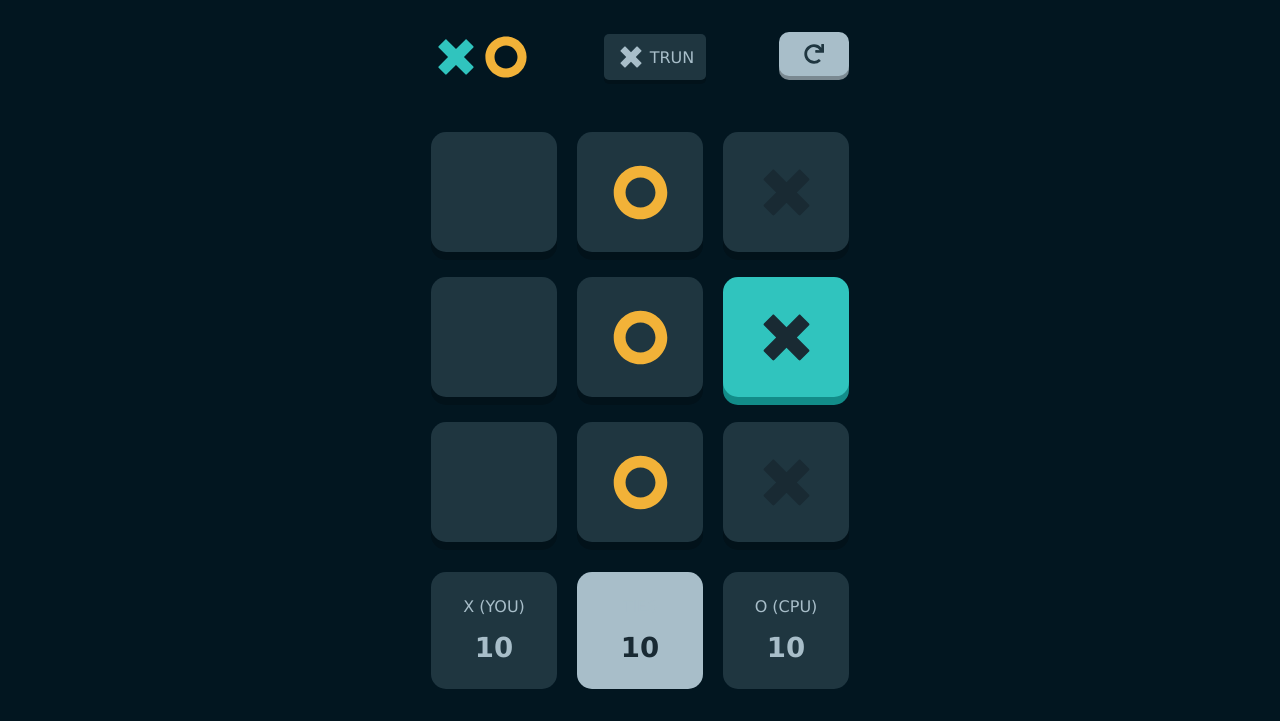
Repository: SD-Mdouka/XO_GAME
Page: /
These files come from the project's save history. The page is drawn as it stood at one moment and after the next save; the edit follows.
The browser window is 1280 px wide. The pictures show the whole page.
The project was rebuilt for these pictures with package versions that can differ from the ones it lists, and the page was loaded fresh each time. Also part of the build but not shown: src/component/start/Start.js.

Above is the page before, as saved 2022-08-29 16:56:51.

### src/index.css
* {
    padding: 0;
    margin: 0;
    box-sizing: border-box;
}

:root {
    --color-bg-dark: #192a33;
    --color-bg-light: #1f3640;
    --color-gray: #a8bec9;
    --color-gray-dark: #7a8991;
    --color-yellow: #f2b238;
    --color-yellow-dark: #cd8d16;
    --color-blue: #30c4be;
    --color-blue-dark: #128c89;
    --shadow-y: 6px;
}

html {
    font-family: "Lucida Sans", "Lucida Sans Regular", "Lucida Grande", "Lucida Sans Unicode", Geneva, Verdana, sans-serif;
    text-transform: uppercase;
    font-size: 16px;
}

body {
    background-color: var(--color-bg-dark);
    color: var(--color-gray);
}

.App {
    background-color: #021620;
    min-height: 100vh;
    display: flex;
    align-items: center;
    justify-content: center;
}

.container {
    max-width: 450px;
    width: 100%;
    margin-inline: auto;
    padding: 2rem 1rem;
}


/*utilites*/

.card {
    padding: 25px;
    display: flex;
    flex-direction: column;
    gap: 25px;
    border-radius: 15px;
    background-color: var(--color-bg-light);
    -webkit-border-radius: 15px;
    -moz-border-radius: 15px;
    -ms-border-radius: 15px;
    -o-border-radius: 15px;
    text-align: center;
}

.text-lg {
    font-size: 1.25rem;
}

.text-xl {
    font-size: 1.5rem;
}

.text-2xl {
    font-size: 1.725rem;
}

.text-light {
    color: var(--color-gray);
}

.text-blue {
    color: var(--color-blue);
}

.text-yellow {
    color: var(--color-yellow);
}

.bg-light {
    background-color: var(--color-gray);
    color: var(--color-bg-dark);
}

.btn {
    background-color: var(--color-gray);
    border: none;
    font-size: 1.125rem;
    font-weight: bold;
    padding: 12px 25px;
    text-transform: uppercase;
    cursor: pointer;
    border-radius: 10px;
    -webkit-border-radius: 10px;
    -moz-border-radius: 10px;
    -ms-border-radius: 10px;
    -o-border-radius: 10px;
    color: var(--color-bg-light);
    display: inline-block;
    box-shadow: 0 var(--shadow-y) 0 var(--color-gray-dark);
    margin-bottom: 6px;
    transition: all 0.2s;
    -webkit-transition: all 0.2s;
    -moz-transition: all 0.2s;
    -ms-transition: all 0.2s;
    -o-transition: all 0.2s;
}

.btn:hover {
    --shadow-y: 8px;
    transform: translateY(-2px);
    -webkit-transform: translateY(-2px);
    -moz-transform: translateY(-2px);
    -ms-transform: translateY(-2px);
    -o-transform: translateY(-2px);
}

.btn:active {
    --shadow-y: 4px;
    transform: translateY(2px);
    -webkit-transform: translateY(2px);
    -moz-transform: translateY(2px);
    -ms-transform: translateY(2px);
    -o-transform: translateY(2px);
}

.btn-yellow {
    background-color: var(--color-yellow);
    box-shadow: 0 var(--shadow-y) 0 var(--color-yellow-dark);
}

.btn-blue {
    background-color: var(--color-blue);
    box-shadow: 0 var(--shadow-y) 0 var(--color-blue-dark);
}

.btn-sm {
    --shadow-y: 4px;
}

.btn-sm:hover {
    --shadow-y: 6px;
}

.btn-sm:active {
    --shadow-y: 3px;
}

.shadow-gray {
    box-shadow: 0 8px 0 rgba(0, 0, 0, 0.2);
}

.shadow-blue {
    box-shadow: 0 8px 0 var(--color-blue-dark);
}

.shadow-yellow {
    box-shadow: 0 8px 0 var(--color-yellow-dark);
}


/* icons */

.icon {
    display: inline-block;
}

.icon svg {
    fill: var(--color-gray);
    height: 50px;
    width: 50px;
    vertical-align: middle;
}

.icon-sm svg {
    height: 30px;
    width: 30px;
}

.icon-lg svg {
    height: 65px;
    width: 65px;
}

.icon-yellow svg {
    fill: var(--color-yellow);
}

.icon-blue svg {
    fill: var(--color-blue);
}

.icon-dark svg {
    fill: var(--color-bg-dark);
}


/* Sarte */

.start {
    display: flex;
    flex-direction: column;
    gap: 25px;
}

.start__header {
    display: flex;
    align-items: center;
    justify-content: center;
}

.start__players {
    background-color: var(--color-bg-dark);
    padding: 10px;
    border-radius: 15px;
    -webkit-border-radius: 15px;
    -moz-border-radius: 15px;
    -ms-border-radius: 15px;
    -o-border-radius: 15px;
    display: flex;
    align-items: center;
    box-shadow: inset 0 0 8px rgba(0, 0, 0, 0.2);
}

.start__players span {
    width: 50%;
    display: flex;
    align-items: center;
    justify-content: center;
    padding: 15px 10px;
    border-radius: 10px;
    -webkit-border-radius: 10px;
    -moz-border-radius: 10px;
    -ms-border-radius: 10px;
    -o-border-radius: 10px;
    cursor: pointer;
}

.start__players--active {
    background-color: var(--color-gray);
    box-shadow: 0 0 8px rgba(255, 255, 255, 0.2);
}

.start__btns {
    display: flex;
    flex-direction: column;
    gap: 12px;
}


/* board */

.board__header {
    display: flex;
    justify-content: space-between;
    align-items: center;
    margin-bottom: 50px;
}

.board__turn {
    border-radius: 5px;
    background-color: var(--color-bg-light);
    -webkit-border-radius: 5px;
    -moz-border-radius: 5px;
    -ms-border-radius: 5px;
    -o-border-radius: 5px;
    padding: 8px 12px;
    align-items: center;
    display: flex;
    gap: 4px;
    box-shadow: 0 4px 0 rgba(0, 0, 0, 0.2);
}

.board__restart svg {
    height: 20px;
    display: flex;
    align-items: center;
    transform-origin: center;
    transition: all 0.3s;
    -webkit-transition: all 0.3s;
    -moz-transition: all 0.3s;
    -ms-transition: all 0.3s;
    -o-transition: all 0.3s;
}

.board__restart:active svg {
    transform: rotate(180deg);
    -webkit-transform: rotate(180deg);
    -moz-transform: rotate(180deg);
    -ms-transform: rotate(180deg);
    -o-transform: rotate(180deg);
}

.board__body {
    display: grid;
    grid-template-columns: repeat(3, 1fr);
    gap: 25px 20px;
}

.board__body .card {
    height: 120px;
    display: flex;
    align-items: center;
    justify-content: center;
    cursor: pointer;
    padding-inline: 10px;
}

.board__body .active.shadow-blue {
    background-color: var(--color-blue);
}

.board__body .active.shadow-yellow {
    background-color: var(--color-yellow);
}

.board__body .active.shadow-dark {
    background-color: var(--color-bg-dark);
}

.board__footer {
    margin-top: 30px;
    display: grid;
    grid-template-columns: repeat(3, 1fr);
    gap: 20px;
}

.board__footer .card {
    gap: 15px;
}

### src/App.js
import Board from "./component/board/Board";
import Start from "./component/start/Start";

function App() {
  return (
    <div className="App">
      <div className="container">
        {/* <Start /> */}
        <Board />
      </div>
    </div>
  );
}

export default App;

### src/component/board/Board.js
import React from "react";
import Xicons from "../icons/Xicons";
import Oicons from "../icons/Oicons";
import Refrsh from "../icons/Refrsh";
import BorardCard from "./BorardCard";

const Board = () => {
  const squars = [" ", "o", "x", " ", "o", "x", " ", "o", "x"];
  return (
    <div className="board">
      <div className="board__header">
        <div>
          <Xicons />
          <Oicons />
        </div>
        <div className="board__turn">
          <Xicons color={"ligth"} size="sm" /> trun
        </div>
        <div>
          <button className="btn btn-sm board__restart">
            <Refrsh />
          </button>
        </div>
      </div>
      <div className="board__body">
        {squars.map((sq, ix) => (
          <BorardCard key={ix} index={ix} user={sq} active={ix === 5} />
        ))}
      </div>
      <div className="board__footer">
        <div className="card bg-blue">
          <p className="text-light">x (you)</p>
          <strong className="text-2xl">10</strong>
        </div>
        <div className="card bg-light">
          <p className="text-light">ties</p>
          <strong className="text-2xl">10</strong>
        </div>
        <div className="card bg-yellow">
          <p className="text-light">o (cpu)</p>
          <strong className="text-2xl">10</strong>
        </div>
      </div>
    </div>
  );
};

export default Board;

### src/component/icons/Xicons.js
import React from "react";

const Xicon = ({ color, size }) => {
  return (
    <div
      className={`icon ${color ? "icon-" + color : "icon-blue"} ${
        size && "icon-" + size
      }`}
    >
      <svg
        version="1.1"
        id="Layer_1"
        x="0px"
        y="0px"
        width="100px"
        height="100px"
        viewBox="0 0 100 100"
      >
        <path
          d="M84.707,68.752L65.951,49.998l18.75-18.752c0.777-0.777,0.777-2.036,0-2.813L71.566,15.295
	c-0.777-0.777-2.037-0.777-2.814,0L49.999,34.047l-18.75-18.752c-0.746-0.747-2.067-0.747-2.814,0L15.297,28.431
	c-0.373,0.373-0.583,0.88-0.583,1.407c0,0.527,0.21,1.034,0.583,1.407L34.05,49.998L15.294,68.753
	c-0.373,0.374-0.583,0.88-0.583,1.407c0,0.528,0.21,1.035,0.583,1.407l13.136,13.137c0.373,0.373,0.881,0.583,1.41,0.583
	c0.525,0,1.031-0.21,1.404-0.583l18.755-18.755l18.756,18.754c0.389,0.388,0.896,0.583,1.407,0.583c0.511,0,1.019-0.195,1.408-0.583
	l13.138-13.137C85.484,70.789,85.484,69.53,84.707,68.752z"
        />
      </svg>
    </div>
  );
};

export default Xicon;

### src/component/icons/Oicons.js
import React from "react";

const Oicon = ({ color, size }) => {
  return (
    <div
      className={`icon ${color ? "icon-" + color : "icon-yellow"} ${
        size && "icon-" + size
      }`}
    >
      <svg
        version="1.1"
        id="Layer_1"
        x="0px"
        y="0px"
        viewBox="-169 -35 100 100"
      >
        <g>
          <path
            d="M-119,56.2c-22.7,0-41.2-18.5-41.2-41.2s18.5-41.2,41.2-41.2c22.7,0,41.2,18.5,41.2,41.2S-96.3,56.2-119,56.2z M-119-8
		c-12.7,0-23,10.3-23,23c0,12.7,10.3,23,23,23s23-10.3,23-23C-96,2.3-106.3-8-119-8z"
          />
        </g>
      </svg>
    </div>
  );
};

export default Oicon;

### src/component/icons/Refrsh.js
import React from "react";

const Refrsh = () => {
  return (
    <svg
      aria-hidden="true"
      focusable="false"
      data-prefix="fas"
      data-icon="redo"
      role="img"
      xmlns="http://www.w3.org/2000/svg"
      viewBox="0 0 512 512"
    >
      <path
        fill="currentColor"
        d="M500.33 0h-47.41a12 12 0 0 0-12 12.57l4 82.76A247.42 247.42 0 0 0 256 8C119.34 8 7.9 119.53 8 256.19 8.1 393.07 119.1 504 256 504a247.1 247.1 0 0 0 166.18-63.91 12 12 0 0 0 .48-17.43l-34-34a12 12 0 0 0-16.38-.55A176 176 0 1 1 402.1 157.8l-101.53-4.87a12 12 0 0 0-12.57 12v47.41a12 12 0 0 0 12 12h200.33a12 12 0 0 0 12-12V12a12 12 0 0 0-12-12z"
      ></path>
    </svg>
  );
};

export default Refrsh;

### src/component/board/BorardCard.js
import React from "react";
import Xicons from "../icons/Xicons";
import Oicons from "../icons/Oicons";

const BorardCard = ({ user = "nouser", active, index }) => {
  return (
    <div
      className={`card
      ${active && user === "x" && "shadow-blue"}
    ${active && user === "o" && "shadow-yellow"}
    ${!active ? "shadow-gray" : "active"}
    `}
    >
      {user === "x" && <Xicons color={"dark"} size="lg" />}
      {user === "o" && <Oicons size="lg" />}
    </div>
  );
};

export default BorardCard;

Loaded but not shown: public/index.html (common file); src/index.js (common file)

After the next save:
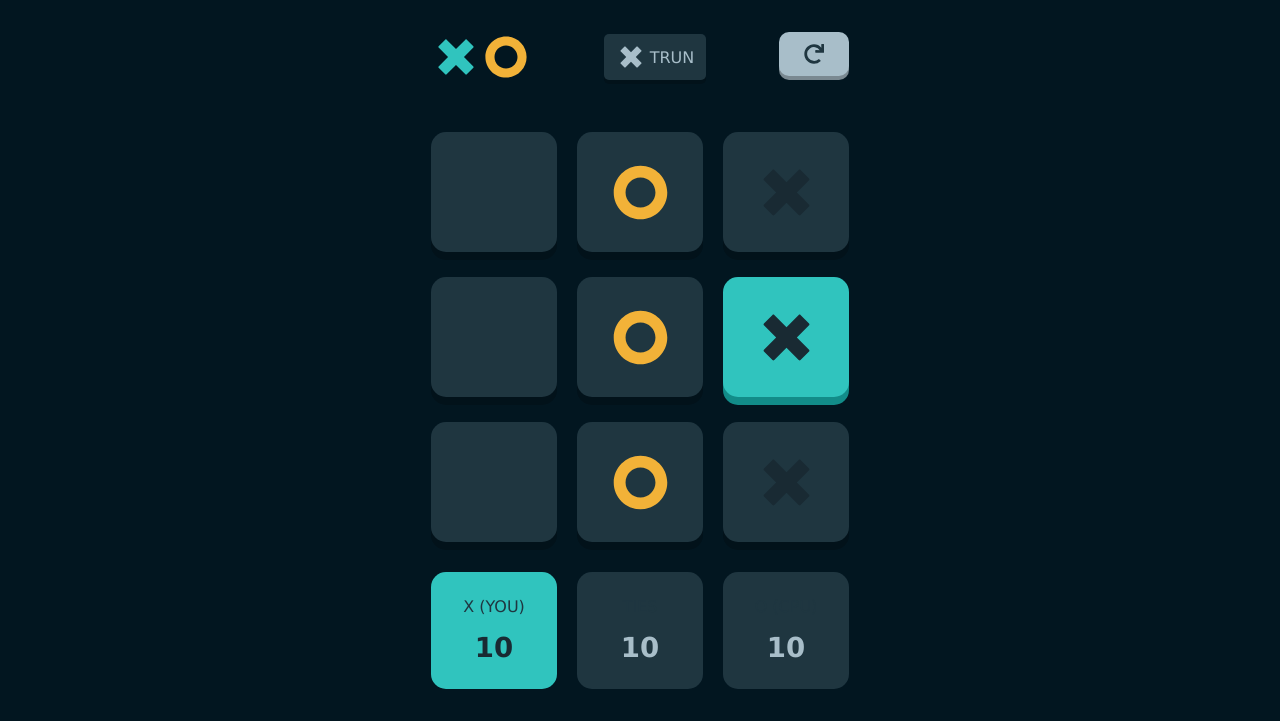
Saved 10 min 32 s later.
--- a/src/index.css
+++ b/src/index.css
@@ -83,9 +83,18 @@ body {
     color: var(--color-yellow);
 }
 
-.bg-light {
-    background-color: var(--color-gray);
+.bg-blue {
+    background-color: var(--color-blue);
     color: var(--color-bg-dark);
+}
+
+.bg-blue.text-light,
+.bg-blue .text-light,
+.bg-yellow.text-light,
+.bg-yellow .text-light,
+.bg-light .text-light,
+.bg-light.text-light {
+    color: var(--color-bg-light);
 }
 
 .btn {
